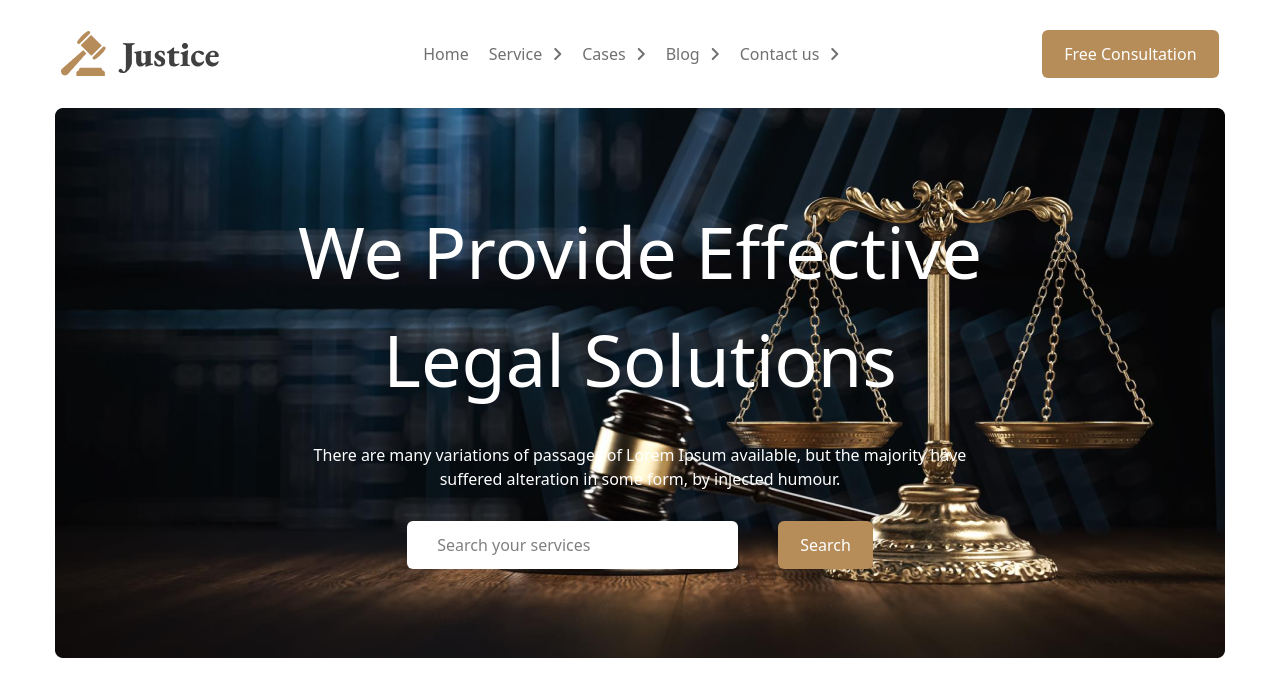
Repository: nahid-hasann/website-6
Page: index.html
The author's editor kept a copy of each file at every save. The page is drawn from the files as they stood at one save, then again after the next save.
The browser window is 1280 px wide. The pictures show the whole page.

Above is the page before, as saved 2025-07-20 22:53:04.

### index.html
<!DOCTYPE html>
<html lang="en">
<head>
    <meta charset="UTF-8">
    <meta name="viewport" content="width=device-width, initial-scale=1.0">
    <script src="https://cdn.jsdelivr.net/npm/@tailwindcss/browser@4"></script>
    <title>Document</title>
    <link rel="stylesheet" href="https://cdnjs.cloudflare.com/ajax/libs/font-awesome/6.7.2/css/all.min.css" integrity="sha512-Evv84Mr4kqVGRNSgIGL/F/aIDqQb7xQ2vcrdIwxfjThSH8CSR7PBEakCr51Ck+w+/U6swU2Im1vVX0SVk9ABhg==" crossorigin="anonymous" referrerpolicy="no-referrer" />
</head>
<body>

<header>

<div class="flex gap-[80px] mx-auto  justify-around items-center my-[30px]">
    <div>
        <img src="images/logo2.png" alt="">
    </div>
    <div>
        <ul class="flex gap-[20px] text-[#707070]">
            <li><a href="">Home</a></li>
            <li><a href="">Service<i class="fa-solid fa-angle-right ml-[10px]"></i></a></li>
            <li><a href="">Cases<i class="fa-solid fa-angle-right ml-[10px]"></i></a></li>
            <li><a href="">Blog<i class="fa-solid fa-angle-right ml-[10px]"></i></a></li>
            <li><a href="">Contact us<i class="fa-solid fa-angle-right ml-[10px]"></i></a></li>
        </ul>
    </div>
    <div>
        <button class="bg-[#b68c59] py-[12px] px-[22px] text-white rounded-md" >Free Consultation</button>
    </div>
</div>


<div class="banner-img bg-[url('images/banner.png')] w-[1170px] h-[550px] mx-auto  flex flex-col items-center justify-center">
      <div class="banner-content w-[692px]">
         <h1 class="text-[72px] text-center text-white">We Provide Effective  Legal Solutions</h1>
       <p class="my-[30px] text-center text-white">There are many variations of passages of Lorem Ipsum available, but the majority have suffered alteration in some form, by injected humour.</p>
       <div class="flex justify-center gap-[40px]">
        <input class="bg-white py-[12px] px-[30px] pr-[70px] rounded-md" type="text" name="" placeholder="Search your services" id="">
        <button class="bg-[#b68c59] py-[12px] px-[22px] text-white rounded-md" >Search</button>
       </div>
      </div>
</div>


</header>





</body>
</html>

After the next save:
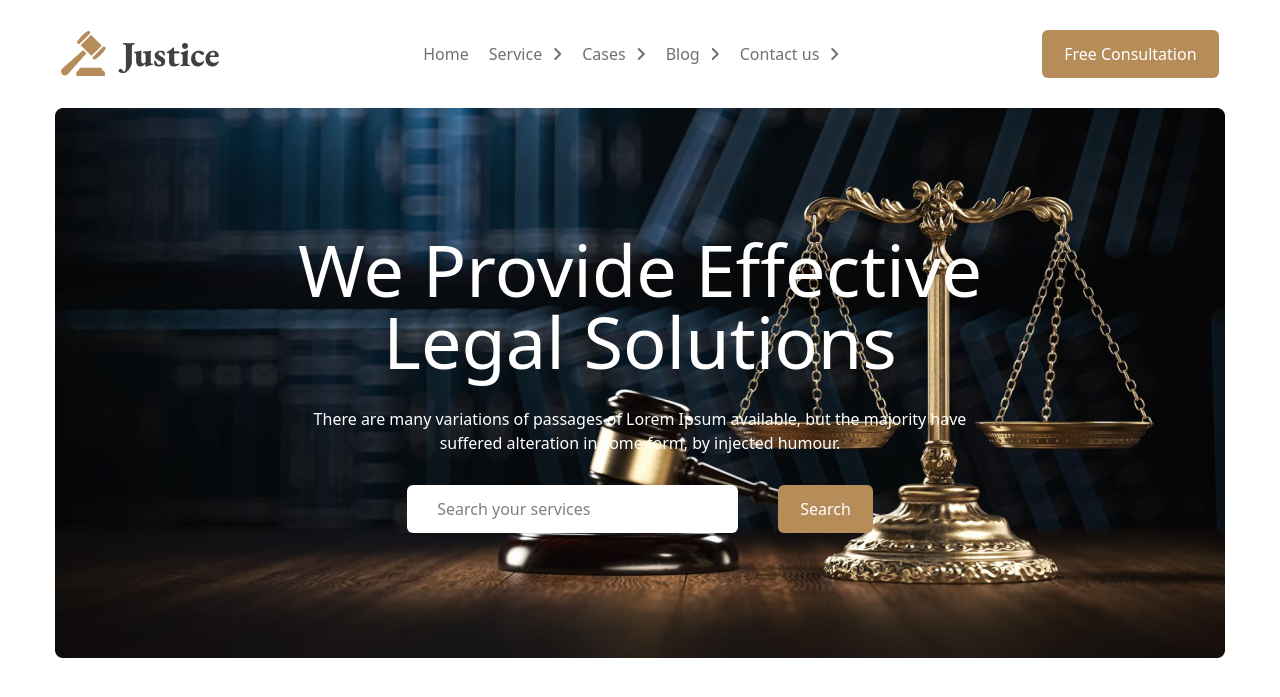
Saved 99 s later.
--- a/index.html
+++ b/index.html
@@ -32,7 +32,7 @@
 
 <div class="banner-img bg-[url('images/banner.png')] w-[1170px] h-[550px] mx-auto  flex flex-col items-center justify-center">
       <div class="banner-content w-[692px]">
-         <h1 class="text-[72px] text-center text-white">We Provide Effective  Legal Solutions</h1>
+         <h1 class="text-[72px] text-center text-white leading-none">We Provide Effective  Legal Solutions</h1>
        <p class="my-[30px] text-center text-white">There are many variations of passages of Lorem Ipsum available, but the majority have suffered alteration in some form, by injected humour.</p>
        <div class="flex justify-center gap-[40px]">
         <input class="bg-white py-[12px] px-[30px] pr-[70px] rounded-md" type="text" name="" placeholder="Search your services" id="">
